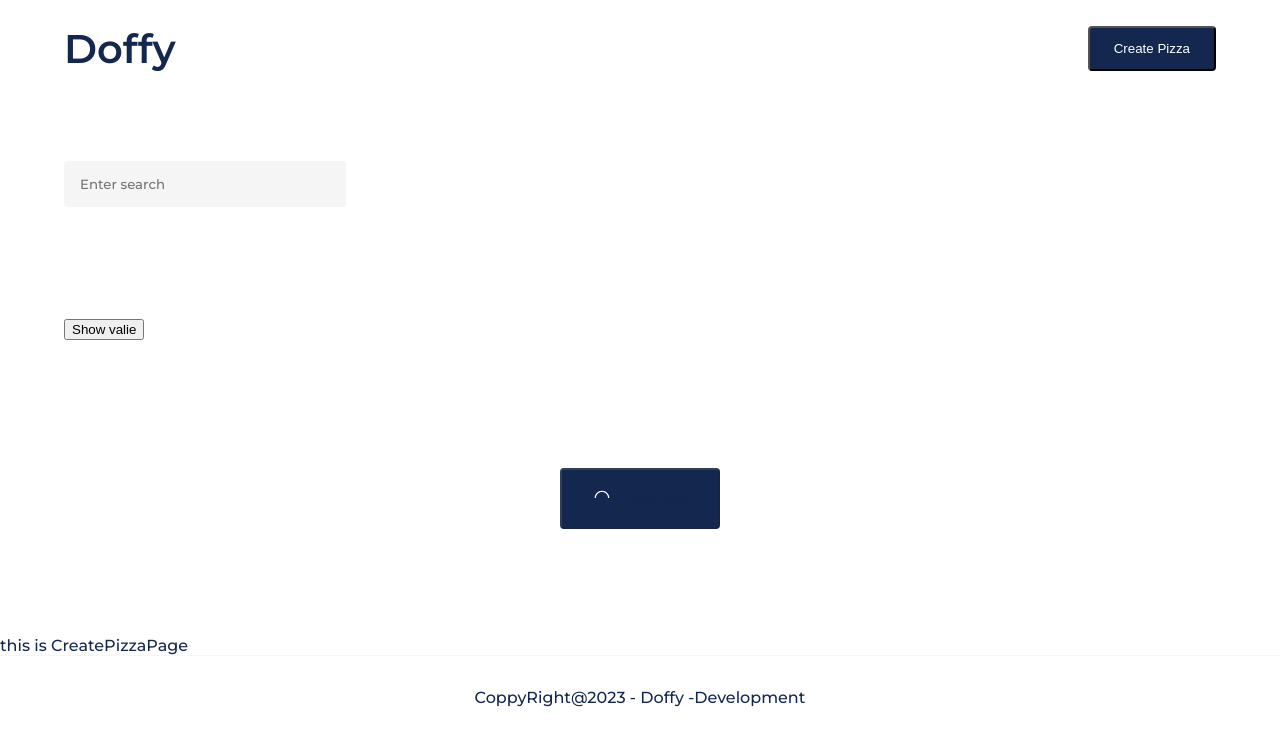
Repository: 16-Doffy/Pizza-Store
Page: /
These files come from the project's save history. The page is drawn as it stood at one moment and after the next save; the edit follows.
The browser window is 1280 px wide. The pictures show the whole page.
The page's requests for data from a server got no answer. An inner scrolling area shows only its first screen. The project was rebuilt for these pictures with package versions that can differ from the ones it lists, and the page was loaded fresh each time. No one was signed in, and anything a server would have sent is missing. Also part of the build but not shown: webpack.config.js, src/sections/CardPizza.tsx.

Above is the page before, as saved 2025-02-07 22:18:22.

### src/App.tsx
import React from "react";
import "./index.css";
import Header from "./layout/Header";
import Footer from "./layout/Footer";
import CreatePizzaPage from "./pages/CreatePizzaPage";
import HomePage from "./pages/HomePage";

function App() {

  return (
    <div className="App">
    <Header />
    <HomePage />
    <CreatePizzaPage />
    <Footer />

    </div>
  );
}

export default App;

### src/index.css
@import url("https://fonts.googleapis.com/css2?family=Montserrat:ital,wght@0,300;0,500;0,600;1,300;1,500;1,600&display=swap");

html {
  font-family: "Montserrat", sans-serif;
}

body {
  padding: 0;
  margin: 0;
  box-sizing: border-box;
}

div {
  color: #14274e;
}

.flex-basic-between {
  display: flex;
  justify-content: space-between;
  align-items: center;
}

/* Button */
.btn-main {
  cursor: pointer;
  background: #14274e;
  color: #fff;
  padding: 0.8rem 1.5rem;
  border-radius: 4px;
}

.btn-main:hover {
  background: #394867;
}
/* Button */

.wrapper-card-items {
  display: flex;
  column-gap: 4rem;
  flex-wrap: wrap;
  row-gap: 8rem;
  padding-top: 7rem;
}

.card-items {
  width: 30%;
  height: 200px;
  box-shadow: 0px 4px 20px 0px rgba(72, 119, 159, 0.18);
  position: relative;
  cursor: pointer;
}

.card-image-pizza {
  width: 200px;
  position: absolute;
  top: -90px;
  left: 22.5%;
}

.card-content {
  display: flex;
  align-items: center;
  justify-content: center;
  height: 50%;
  background: #14274e;
}

/* Text field */
.text-field {
  padding: 0.8rem 1rem;
  background: #f5f5f5;
  border: none;
  outline: none;
  color: #14274e;
  border-radius: 4px;
}

input {
  font-family: "Montserrat", sans-serif;
}
/* Text field */

/* Loading Spinner */
.lds-ring {
  display: inline-block;
  position: relative;
  width: 80px;
  height: 80px;
}
.lds-ring div {
  box-sizing: border-box;
  display: block;
  position: absolute;
  width: 64px;
  height: 64px;
  margin: 8px;
  border: 8px solid #14274e;
  border-radius: 50%;
  animation: lds-ring 1.2s cubic-bezier(0.5, 0, 0.5, 1) infinite;
  border-color: #14274e transparent transparent transparent;
}
.lds-ring div:nth-child(1) {
  animation-delay: -0.45s;
}
.lds-ring div:nth-child(2) {
  animation-delay: -0.3s;
}
.lds-ring div:nth-child(3) {
  animation-delay: -0.15s;
}
@keyframes lds-ring {
  0% {
    transform: rotate(0deg);
  }
  100% {
    transform: rotate(360deg);
  }
}
/* Loading Spinner */

### src/layout/Header.tsx
import React from "react";
import ButtonField from "../components/ButtonField";

const Header = () => {
  return (
    <div className="flex-basic-between" style={{ padding: "1.5rem 4rem" }}>
      <div style={{ fontSize: "40px", fontWeight: 600 }}>Doffy</div>
      <ButtonField > Create Pizza</ButtonField>
    </div>
  );
};

export default Header;

### src/layout/Footer.tsx
import React from 'react';

const Footer = () => {
    return (
        <div
        style={{textAlign:'center', padding:'2rem 0', borderTop:'1px solid #f1f6f9'}}>
            CoppyRight@2023 - Doffy -Development
        </div>
    );
};

export default Footer;

### src/pages/CreatePizzaPage.tsx
import React from 'react';

const CreatePizzaPage = () => {
    return (
        <div>
            this is CreatePizzaPage
        </div>
    );
};

export default CreatePizzaPage;

### src/pages/HomePage.tsx
// import React, { useEffect, useState } from "react";
// import CardPizza from "../sections/CardPizza";
// import { Pizza } from "../models/Pizza.model";
// import CountPizza from "../sections/CountPizza";

// const HomePage = () => {
//   const [pizzas, setPizzas] = useState<Pizza[]>([
//     { id: 1, title: "Pizza thit heo", description: "sot muoi" },
//     { id: 2, title: "Pizza pho mai", description: "sot pho mai" },
//     { id: 3, title: "Pizza hai san", description: "sot hai san" },
//   ]);

//   const [count, setCount] = useState(0); // Dùng để cập nhật pizzas
//   const [counter, setCounter] = useState(0); // Dùng để đếm số lần nhấn "Increase"

//   useEffect(() => {

//     setPizzas((prevPizzas) => [
//       ...prevPizzas,
//       { id: prevPizzas.length + 1, title: "pizza test", description: "nhu cc" },
//     ]);
//   }, [count]);

//   // Hàm để giảm số lượng pizza
//   const handleDecrease = () => {
//     setPizzas((prevPizzas) => {
//       const newPizzas = [...prevPizzas];
//       newPizzas.pop(); // Xóa pizza cuối cùng
//       return newPizzas;
//     });
//   };



//   return (
//     <div
//       style={{
//         height: "calc(100vh - 309px)",
//         padding: "4rem 4rem",
//         overflow: "auto",
//       }}
//     >
//       <div className="wrapper-card-items">
//         {pizzas.map((item) => (
//           <CardPizza
//             key={item.id}
//             id={item.id}
//             title={item.title}
//             description={item.description}
//           />
//         ))}
//       </div>

//       <div style={{ display: 'flex', marginTop: '20px', marginBottom: '30px' }}>
//         <button onClick={() => setCount(count + 1)}>Increase Pizza Count</button>
//         <button onClick={handleDecrease}>Decrease Pizza</button>
//       </div>

//       <div style={{ marginLeft: '1000px' }}>
//         <button onClick={() => setCounter(counter + 1)}>Increase Counter</button>
//         <button onClick={() => setCounter(counter - 1)}>Decrease Counter</button>

//         <CountPizza counter={counter} setCounter={setCounter} />

//       </div>
//       <div>Counter: {counter}</div>
//       <div>Pizza Count: {count}</div>
//     </div>
//   );
// };

// export default HomePage;
import React, { useEffect, useMemo, useRef, useState } from "react";
import CardPizza from "../sections/CardPizza";
import { Pizza } from "../models/Pizza.model";
import ButtonField from "../components/ButtonField";
import TextField from "../components/TextField";


const HomePage = () => {
  const [pizzas, setPizzas] = useState<Pizza[]>([]);
  const [count, setCount] = useState(0); // Dùng để cập nhật pizzas
  const [page, setPage] = useState<number>(1);
  const [isLoading, setIsLoading] = useState(false);
  const pageRef = useRef<number>(1);

  useEffect(() => {
    setIsLoading(true);
    fetch("https://668a837a2c68eaf3211d01c4.mockapi.io/laptop/product")
      .then((res) => res.json())
      .then((data) => {
        setTimeout(() => {
          setPizzas((prevPizzas) => [...prevPizzas, ...data]);
          setIsLoading(false);
        }, 2000);
      });
  }, [page]);


const tinhTong = useMemo (() => {
  return count + 1;
},[count])
  return (
    <div
      style={{
        height: "calc(100vh - 309px)",
        padding: "4rem 4rem",
        overflow: "auto",
      }}
    >
      <TextField placeholder="Enter search" width="250px" />
      <div className="wrapper-card-items">
        {pizzas.map((item) => (
          <CardPizza
            key={item.id}
            id={item.id}
            productName={item.productName}
            description={item.description}
          />
        ))}
        <button onClick={() => console.log('pageref', pageRef.current)}>Show valie </button>
        <div style={{display:'flex', width:'100%',justifyContent:'center'}}>
        <ButtonField loading={isLoading}  onClick={() => pageRef.current = pageRef.current + 1}> Show more</ButtonField>
        </div>
        {tinhTong}

        <button onClick={() => setCount (count + 1)}>Increase</button>
        {count}
      </div>
    </div>
  );
};

export default HomePage;

### src/components/ButtonField.tsx
import React, { ReactNode } from 'react';
import { IcSpinner } from '../icon/IcSpinner';


type Props ={
    loading?:boolean;
    children?: ReactNode;
    onClick?: () => void;
}
const ButtonField = ({
    loading,
    children,
    onClick,
}: Props) => {
    return (
        <button className="btn-main" onClick={onClick} disabled={loading}>
            {loading ? (
                <div style={{ display: 'flex', alignItems: 'center', columnGap: '.5rem' }}>
                    <IcSpinner width="32px" height="32px" />
                    {children}
                </div>
            ) : (
                children
            )}
        </button>
    );
};


export default ButtonField;

### src/components/TextField.tsx
import React from 'react';
type Props = {
    placeholder:string;
    value?:string;
    width?:string;
    height?:string;
    onChange?: (value:string) =>void;
}
const TextField = ({
    // placeholder,
    // value,
    width = '100%',
    height ='20px',
    onChange,
    ...props
}:Props) => {
    return (
        <input
        {...props}
        type="text"
        className='text-field'
        style={{width, height}}
        // placeholder={placeholder}
        // value={value}
        onChange={(e) => onChange && onChange(e.target.value)}
        />
    );
};

export default TextField;
//{..props} => trải dài all infor placeholder

### src/icon/IcSpinner.tsx
type Props = {
    width: string;
    height: string;
  }

  export const IcSpinner = ({ width, height }: Props) => {
    return (
      <div style={{ width, height }}>
        <svg version="1.1" id="L9" xmlns="http://www.w3.org/2000/svg" x="0px" y="0px"
          viewBox="0 0 100 100" enableBackground="new 0 0 0 0">
          <path fill="#fff" d="M73,50c0-12.7-10.3-23-23-23S27,37.3,27,50 M30.9,50c0-10.5,8.5-19.1,19.1-19.1S69.1,39.5,69.1,50">
            <animateTransform
              attributeName="transform"
              attributeType="XML"
              type="rotate"
              dur="1s"
              from="0 50 50"
              to="360 50 50"
              repeatCount="indefinite" />
          </path>
        </svg>
      </div>
    )
  };

Loaded but not shown: public/index.html (common file); src/index.tsx (common file)

After the next save:
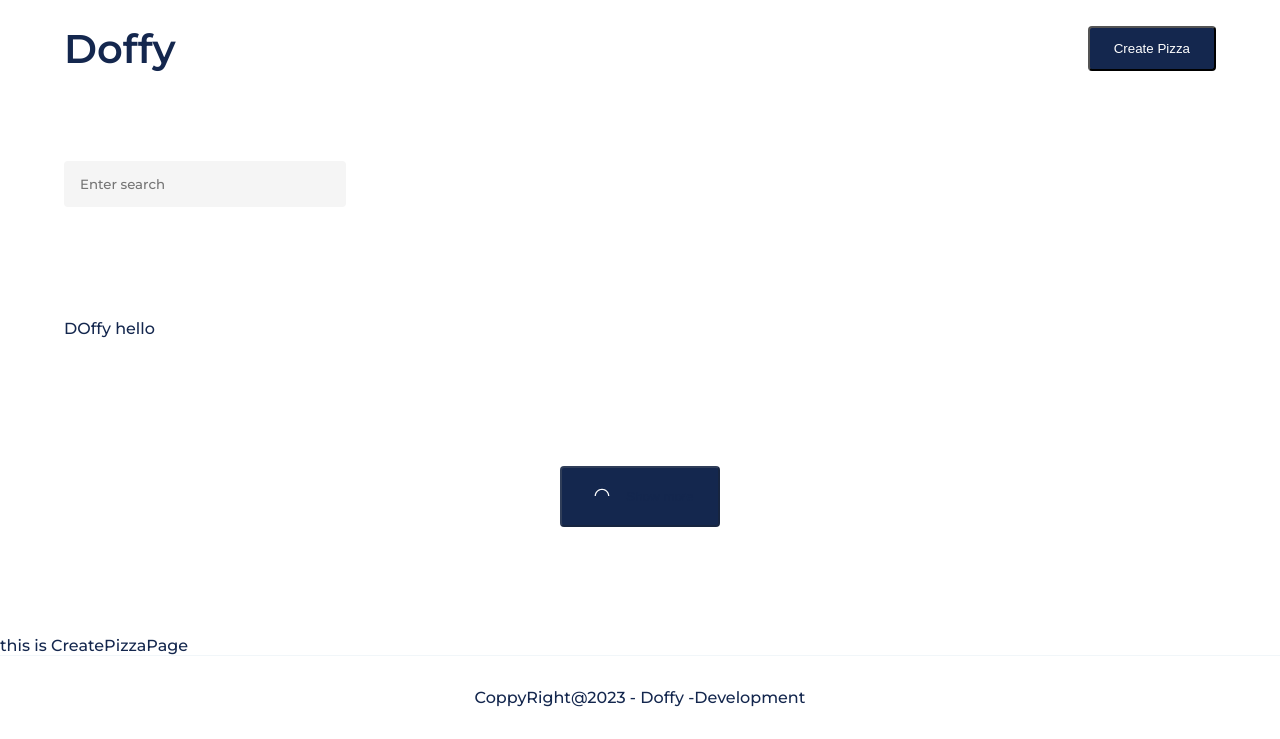
Saved 74 s later.
--- a/src/pages/HomePage.tsx
+++ b/src/pages/HomePage.tsx
@@ -118,7 +118,7 @@ const tinhTong = useMemo (() => {
             description={item.description}
           />
         ))}
-        <button onClick={() => console.log('pageref', pageRef.current)}>Show valie </button>
+       <div>DOffy hello</div>
         <div style={{display:'flex', width:'100%',justifyContent:'center'}}>
         <ButtonField loading={isLoading}  onClick={() => pageRef.current = pageRef.current + 1}> Show more</ButtonField>
         </div>
